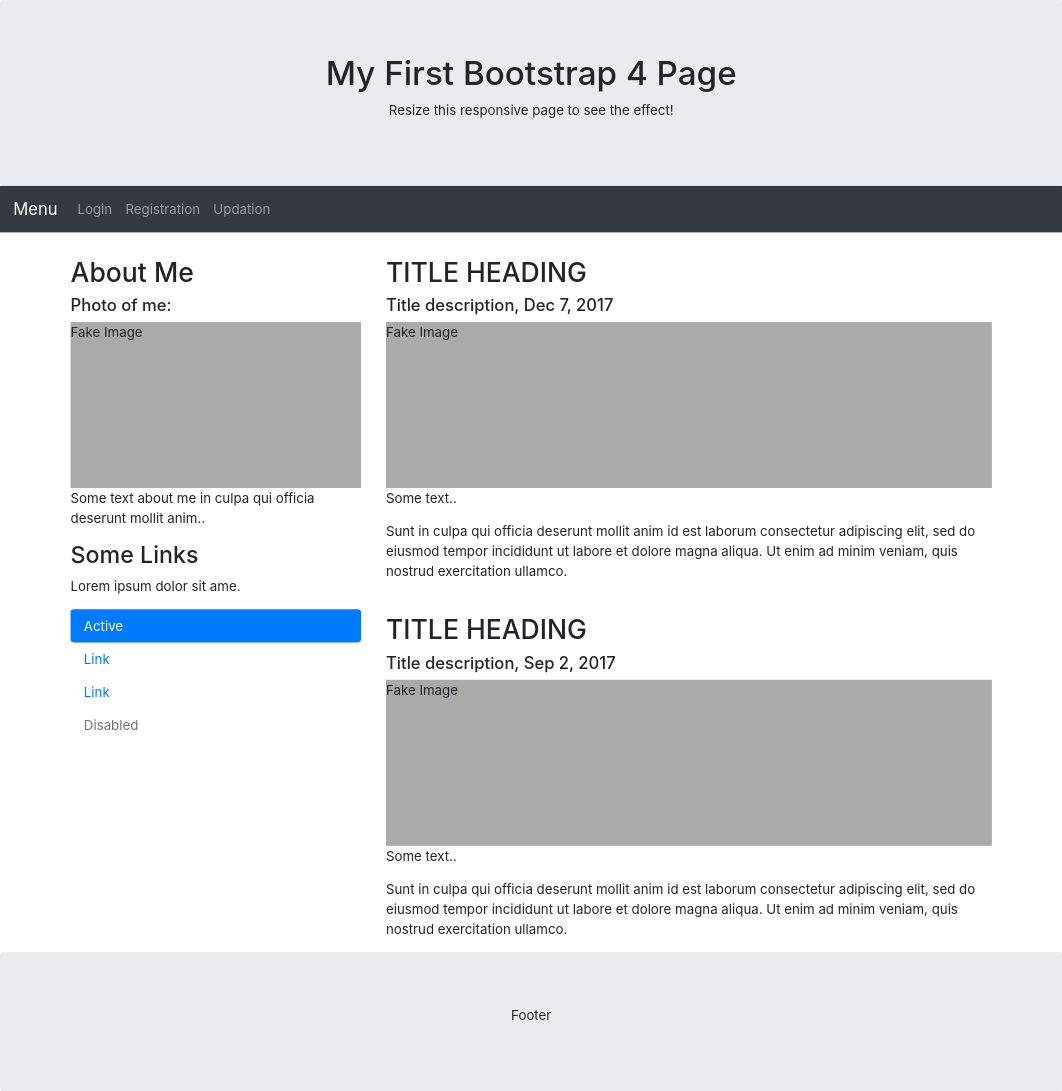
Repository: sahithi9999/workspace
Page: hello/WebContent/form.html
An editor plug-in stored every save of this project. The page is shown before and after the next save, followed by the edit.
The browser window is 1280 px wide. The pictures show the whole page, at 83% of full size.

Above is the page before, as saved 2020-01-18 11:21:55.

### hello/WebContent/form.html
<!DOCTYPE html>
<html lang="en">
<head>
  <title>Bootstrap 4 Website Example</title>
  <meta charset="utf-8">
  <meta name="viewport" content="width=device-width, initial-scale=1">
  <link rel="stylesheet" href="https://maxcdn.bootstrapcdn.com/bootstrap/4.4.1/css/bootstrap.min.css">
  <script src="https://ajax.googleapis.com/ajax/libs/jquery/3.4.1/jquery.min.js"></script>
  <script src="https://cdnjs.cloudflare.com/ajax/libs/popper.js/1.16.0/umd/popper.min.js"></script>
  <script src="https://maxcdn.bootstrapcdn.com/bootstrap/4.4.1/js/bootstrap.min.js"></script>
  <style>
  .fakeimg {
    height: 200px;
    background: #aaa;
  }
  </style>
</head>
<body>

<div class="jumbotron text-center" style="margin-bottom:0">
  <h1>My First Bootstrap 4 Page</h1>
  <p>Resize this responsive page to see the effect!</p>
</div>

<nav class="navbar navbar-expand-sm bg-dark navbar-dark">
  <a class="navbar-brand" href="#">Menu</a>
  <button class="navbar-toggler" type="button" data-toggle="collapse" data-target="#collapsibleNavbar">
    <span class="navbar-toggler-icon"></span>
  </button>
  <div class="collapse navbar-collapse" id="collapsibleNavbar">
    <ul class="navbar-nav">
      <li class="nav-item">
        <a class="nav-link" href="#">Login</a>
      </li>
      <li class="nav-item">
        <a class="nav-link" href="#">Registration</a>
      </li>
      <li class="nav-item">
        <a class="nav-link" href="#">Updation</a>
      </li>
    </ul>
  </div>
</nav>

<div class="container" style="margin-top:30px">
  <div class="row">
    <div class="col-sm-4">
      <h2>About Me</h2>
      <h5>Photo of me:</h5>
      <div class="fakeimg">Fake Image</div>
      <p>Some text about me in culpa qui officia deserunt mollit anim..</p>
      <h3>Some Links</h3>
      <p>Lorem ipsum dolor sit ame.</p>
      <ul class="nav nav-pills flex-column">
        <li class="nav-item">
          <a class="nav-link active" href="#">Active</a>
        </li>
        <li class="nav-item">
          <a class="nav-link" href="#">Link</a>
        </li>
        <li class="nav-item">
          <a class="nav-link" href="#">Link</a>
        </li>
        <li class="nav-item">
          <a class="nav-link disabled" href="#">Disabled</a>
        </li>
      </ul>
      <hr class="d-sm-none">
    </div>
    <div class="col-sm-8">
      <h2>TITLE HEADING</h2>
      <h5>Title description, Dec 7, 2017</h5>
      <div class="fakeimg">Fake Image</div>
      <p>Some text..</p>
      <p>Sunt in culpa qui officia deserunt mollit anim id est laborum consectetur adipiscing elit, sed do eiusmod tempor incididunt ut labore et dolore magna aliqua. Ut enim ad minim veniam, quis nostrud exercitation ullamco.</p>
      <br>
      <h2>TITLE HEADING</h2>
      <h5>Title description, Sep 2, 2017</h5>
      <div class="fakeimg">Fake Image</div>
      <p>Some text..</p>
      <p>Sunt in culpa qui officia deserunt mollit anim id est laborum consectetur adipiscing elit, sed do eiusmod tempor incididunt ut labore et dolore magna aliqua. Ut enim ad minim veniam, quis nostrud exercitation ullamco.</p>
    </div>
  </div>
</div>

<div class="jumbotron text-center" style="margin-bottom:0">
  <p>Footer</p>
</div>

</body>
</html>

After the next save:
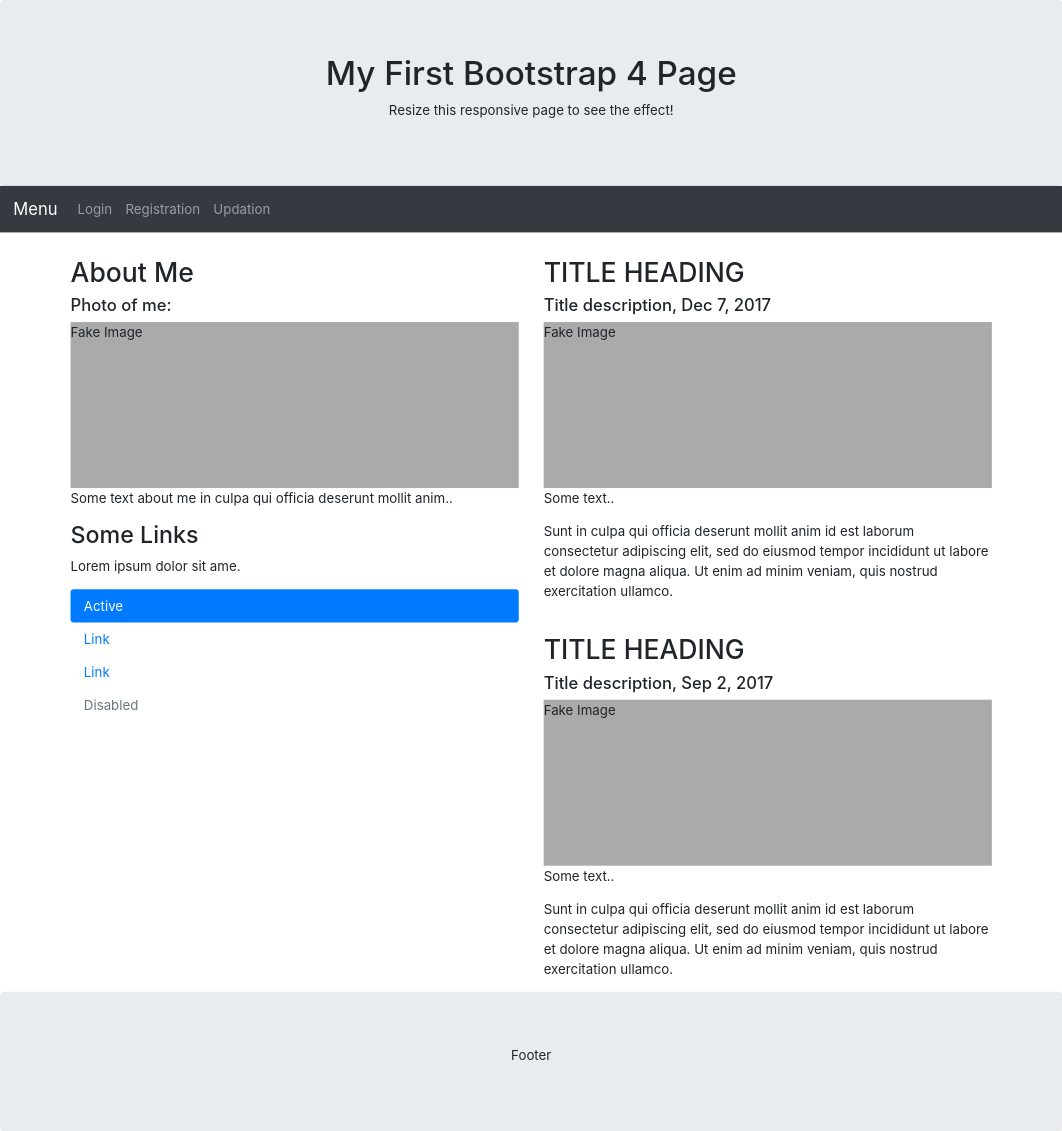
Saved 23 min 5 s later.
--- a/hello/WebContent/form.html
+++ b/hello/WebContent/form.html
@@ -8,6 +8,7 @@
   <script src="https://ajax.googleapis.com/ajax/libs/jquery/3.4.1/jquery.min.js"></script>
   <script src="https://cdnjs.cloudflare.com/ajax/libs/popper.js/1.16.0/umd/popper.min.js"></script>
   <script src="https://maxcdn.bootstrapcdn.com/bootstrap/4.4.1/js/bootstrap.min.js"></script>
+
   <style>
   .fakeimg {
     height: 200px;
@@ -18,7 +19,7 @@
 <body>
 
 <div class="jumbotron text-center" style="margin-bottom:0">
-  <h1>My First Bootstrap 4 Page</h1>
+  <h1 class="display-5">My First Bootstrap 4 Page</h1>
   <p>Resize this responsive page to see the effect!</p>
 </div>
 
@@ -44,7 +45,7 @@
 
 <div class="container" style="margin-top:30px">
   <div class="row">
-    <div class="col-sm-4">
+    <div class="col">
       <h2>About Me</h2>
       <h5>Photo of me:</h5>
       <div class="fakeimg">Fake Image</div>
@@ -67,7 +68,7 @@
       </ul>
       <hr class="d-sm-none">
     </div>
-    <div class="col-sm-8">
+    <div class="col">
       <h2>TITLE HEADING</h2>
       <h5>Title description, Dec 7, 2017</h5>
       <div class="fakeimg">Fake Image</div>
